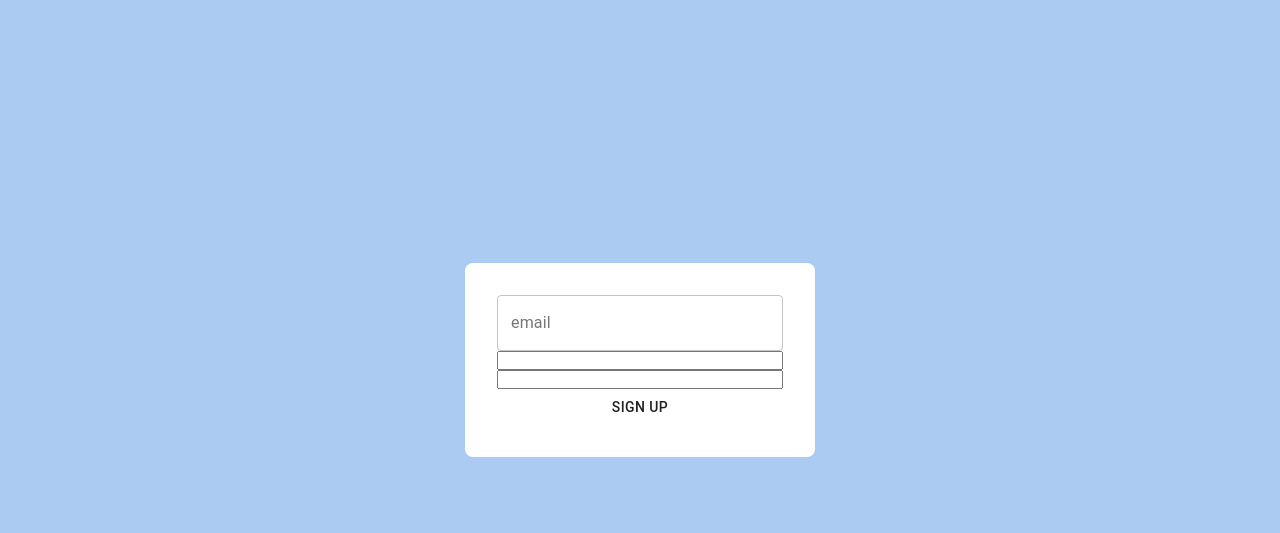
Repository: Ellisvelandia/react_form_jest
Page: /
An editor plug-in stored every save of this project. The page is shown before and after a run of saves, followed by the edit.
The browser window is 1280 px wide. The pictures show the whole page.
The project was rebuilt for these pictures with package versions that can differ from the ones it lists, and the page was loaded fresh each time.

Above is the page before, as saved 2022-08-17 21:25:06.

After the next 2 saves:
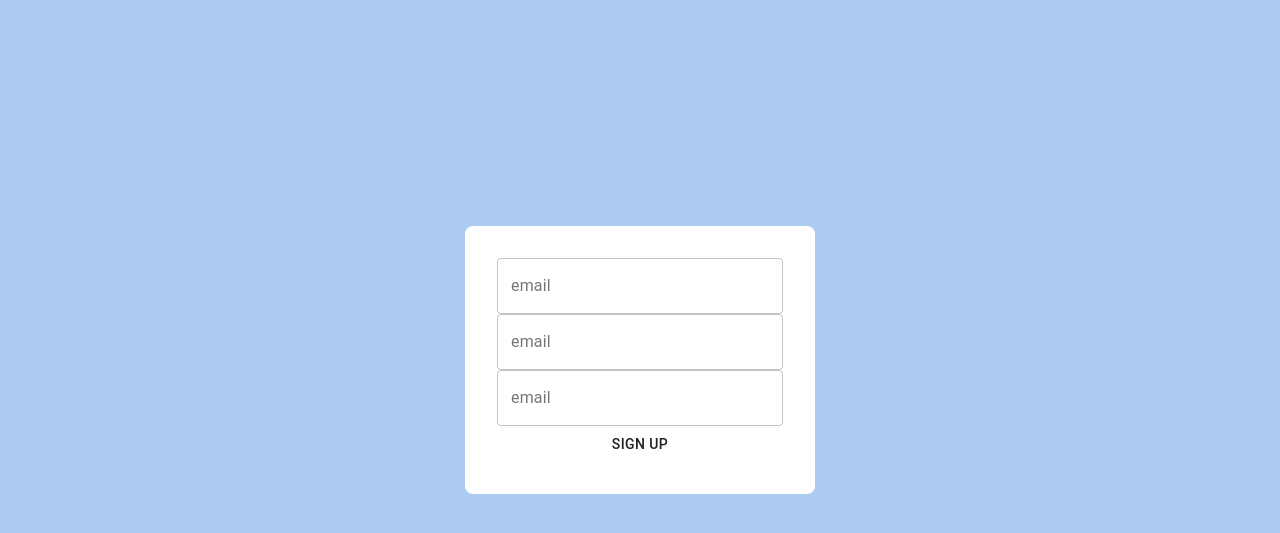
The 2 saves are shown as one change because they came seconds apart.
The last was saved 16 s later.
--- a/src/component/material-form.js
+++ b/src/component/material-form.js
@@ -9,8 +9,8 @@ const MaterialForm = () => {
         {() => (
           <Form>
             <Field name="email" type="email" as={TextField} variant="outlined" color="primary" label="email" fullwidth />
-            <Field />
-            <Field />
+            <Field  name="email" type="email" as={TextField} variant="outlined" color="primary" label="email" fullwidth/>
+            <Field  name="email" type="email" as={TextField} variant="outlined" color="primary" label="email" fullwidth/>
             <Button>Sign up</Button>
           </Form>
         )}
